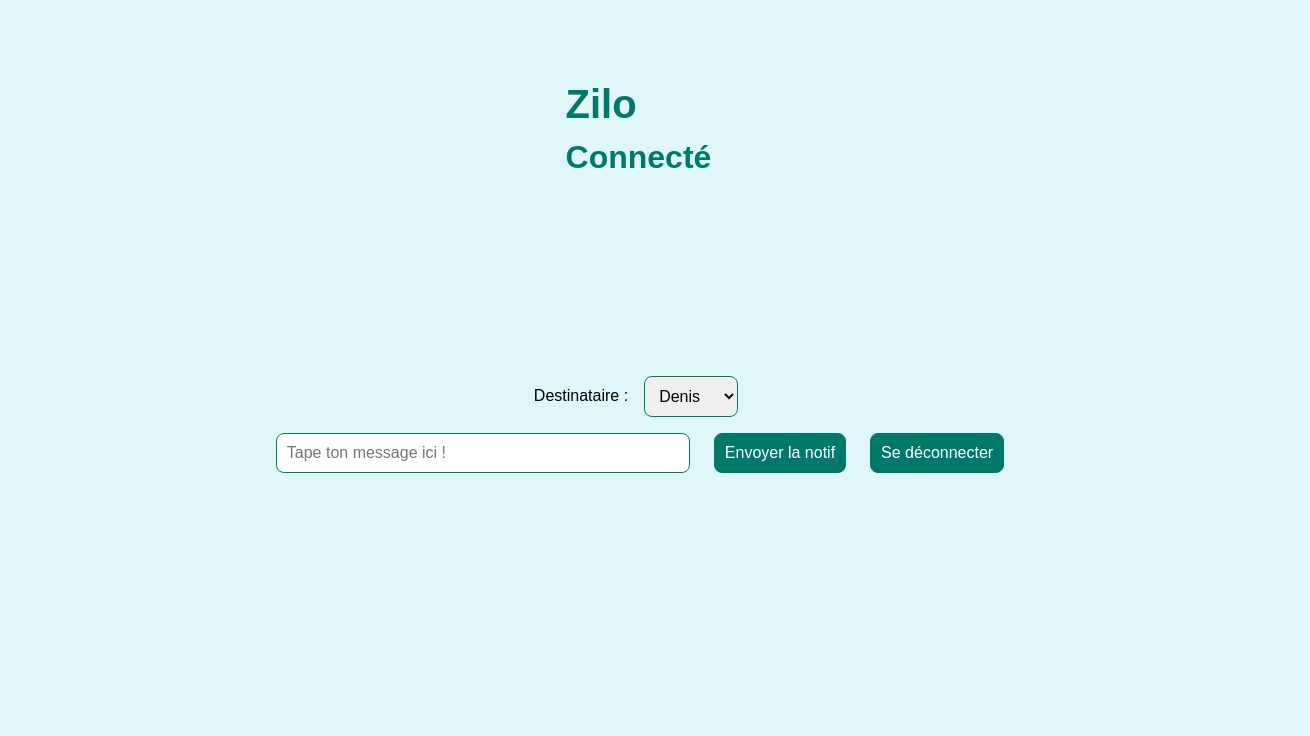
Repository: nlagardere/LumoNet
Page: public/index.html
These files come from the project's save history. The page is drawn as it stood at one moment and after the next save; the edit follows.
The browser window is 1280 px wide. The page is 1310 px wide, so the pictures cover 1310 px, including what lies to the right of the window. The pictures show the whole page.

Above is the page before, as saved 2025-08-18 20:01:31.

After the next save:
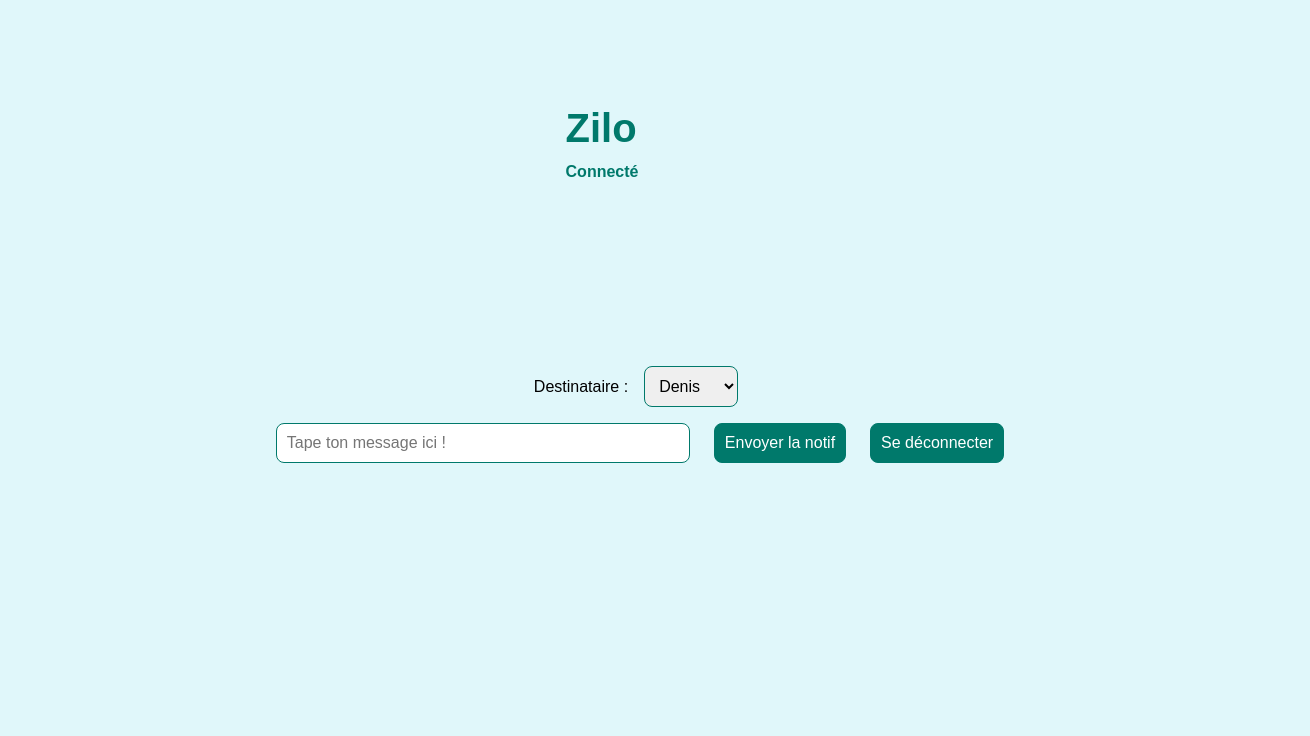
Saved 5 s later.
--- a/public/index.html
+++ b/public/index.html
@@ -53,7 +53,7 @@
      }
 
     .card h2 {
-      font-size:2em;
+      font-size:1em;
       margin-bottom:12px;
       position: relative;
       top: -80%;
